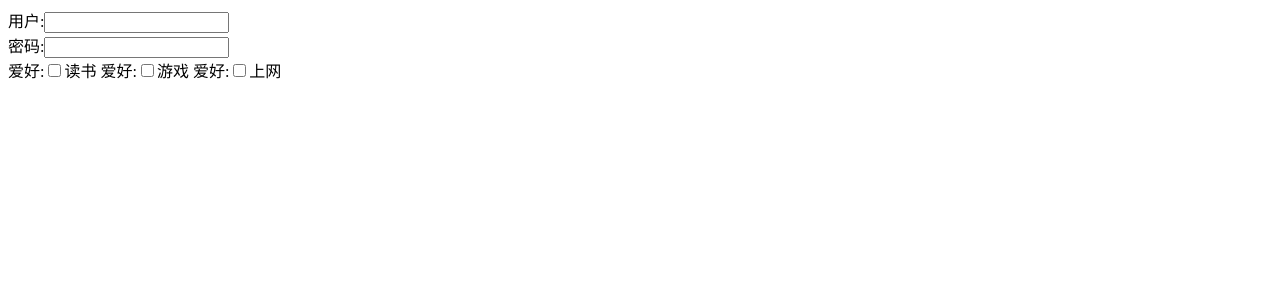
Repository: jionjion/JAVA_WorkSpace
Page: http://localhost/ServletClient/modules/jspBase/baseIII_01.jsp
The author's editor kept a copy of each file at every save. The page is drawn from the files as they stood at one save, then again after the next save.
The browser window is 1280 px wide. The pictures show the whole page.
The page is served by Tomcat 9. Other server files are loaded and not shown.

Above is the page before, as saved 2017-07-10 14:18:46.

### ServletClient/WebContent/modules/jspBase/baseIII_01.jsp
<%@ page language="java" contentType="text/html; charset=UTF-8"
    pageEncoding="UTF-8"%>
<%
	String path = request.getContextPath();
	String basePath = request.getScheme()+"://"+request.getServerName()+":"+request.getServerPort()+path+"/";
%>
<!DOCTYPE html PUBLIC "-//W3C//DTD HTML 4.01 Transitional//EN" "http://www.w3.org/TR/html4/loose.dtd">
<html>
<head>
<meta http-equiv="Content-Type" content="text/html; charset=UTF-8">
<title>请求表单</title>
</head>
<body>
	<form action="<%=basePath%>">
		用户:<input type="text" name="username"><br>
		密码:<input type="password" name="password"><br>
		爱好:<input type="checkbox" name="hobby" value="读书">读书
		爱好:<input type="checkbox" name="hobby" value="游戏">游戏
		爱好:<input type="checkbox" name="hobby" value="上网">上网<br>
	</form>
</body>
</html>

After the next save:
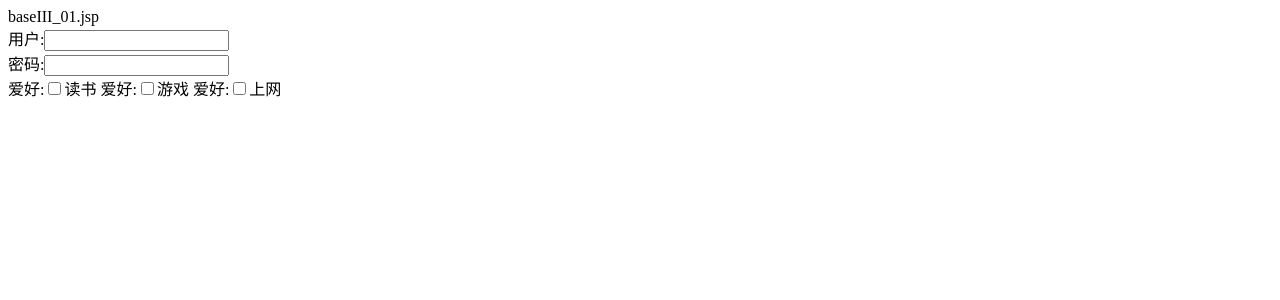
Saved 37 s later.
--- a/ServletClient/WebContent/modules/jspBase/baseIII_01.jsp
+++ b/ServletClient/WebContent/modules/jspBase/baseIII_01.jsp
@@ -5,7 +5,7 @@
 	String basePath = request.getScheme()+"://"+request.getServerName()+":"+request.getServerPort()+path+"/";
 %>
 <!DOCTYPE html PUBLIC "-//W3C//DTD HTML 4.01 Transitional//EN" "http://www.w3.org/TR/html4/loose.dtd">
-<html>
+<html>baseIII_01.jsp
 <head>
 <meta http-equiv="Content-Type" content="text/html; charset=UTF-8">
 <title>请求表单</title>

After the save that followed:
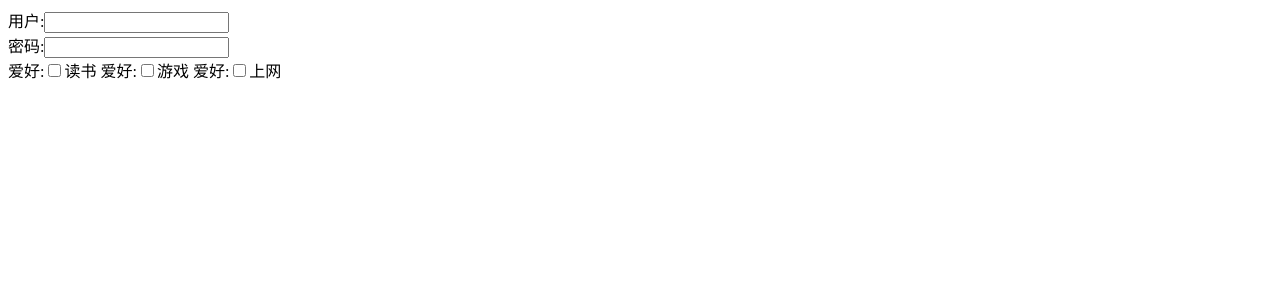
Saved 4 s later.
--- a/ServletClient/WebContent/modules/jspBase/baseIII_01.jsp
+++ b/ServletClient/WebContent/modules/jspBase/baseIII_01.jsp
@@ -5,7 +5,7 @@
 	String basePath = request.getScheme()+"://"+request.getServerName()+":"+request.getServerPort()+path+"/";
 %>
 <!DOCTYPE html PUBLIC "-//W3C//DTD HTML 4.01 Transitional//EN" "http://www.w3.org/TR/html4/loose.dtd">
-<html>baseIII_01.jsp
+<html>
 <head>
 <meta http-equiv="Content-Type" content="text/html; charset=UTF-8">
 <title>请求表单</title>
